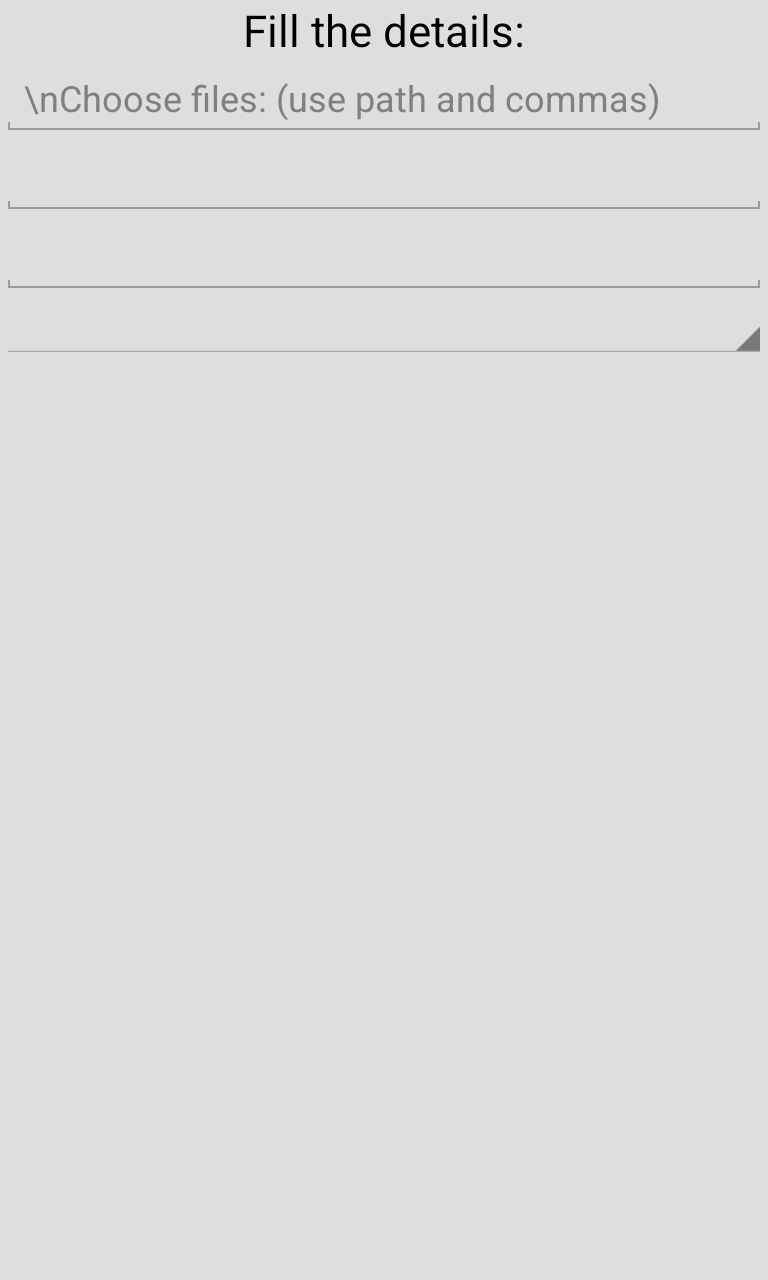
Repository: ya-ivanov/Android-Projects
Layout: Android Projects (OLD)/Zip It!/ZipIt/res/layout/activity_main.xml
An editor plug-in stored every save of this project. The layout is shown before and after the next save, followed by the edit.
It is drawn on a 768 x 1280 px phone screen (xhdpi) without system bars, with theme AppTheme; the app's code is not run.

Above is the layout before, as saved 2013-12-11 20:16:29.

### Android Projects (OLD)/Zip It!/ZipIt/res/layout/activity_main.xml
<LinearLayout xmlns:android="http://schemas.android.com/apk/res/android"
    android:layout_width="fill_parent"
    android:layout_height="fill_parent"
    android:background="#dedede"
    android:orientation="vertical" >

    <TextView
        android:id="@+id/textView1"
        android:layout_width="match_parent"
        android:layout_height="wrap_content"
        android:text="Fill the details:"
        android:gravity="center_horizontal"
        android:textAppearance="?android:attr/textAppearanceLarge" />

    <EditText
        android:id="@+id/files"
        android:layout_width="match_parent"
        android:layout_height="wrap_content"
        android:hint="\nChoose files: (use path and commas)"
        android:ems="10" >
    </EditText>

    <EditText
        android:id="@+id/endDir"
        android:layout_width="match_parent"
        android:layout_height="wrap_content"
        android:ems="10" >
    </EditText>

    <EditText
        android:id="@+id/archiveName"
        android:layout_width="match_parent"
        android:layout_height="wrap_content"
        android:ems="10" >
    </EditText>

    <Spinner
	    android:id="@+id/spinner"
	    android:layout_width="fill_parent"
	    android:layout_height="wrap_content" />

</LinearLayout>

Loaded but not shown: Android Projects (OLD)/Zip It!/ZipIt/res/values/styles.xml (common file); Android Projects (OLD)/Zip It!/ZipIt/res/values-v11/styles.xml (common file); Android Projects (OLD)/Zip It!/ZipIt/res/values-v14/styles.xml (common file)

After the next save:
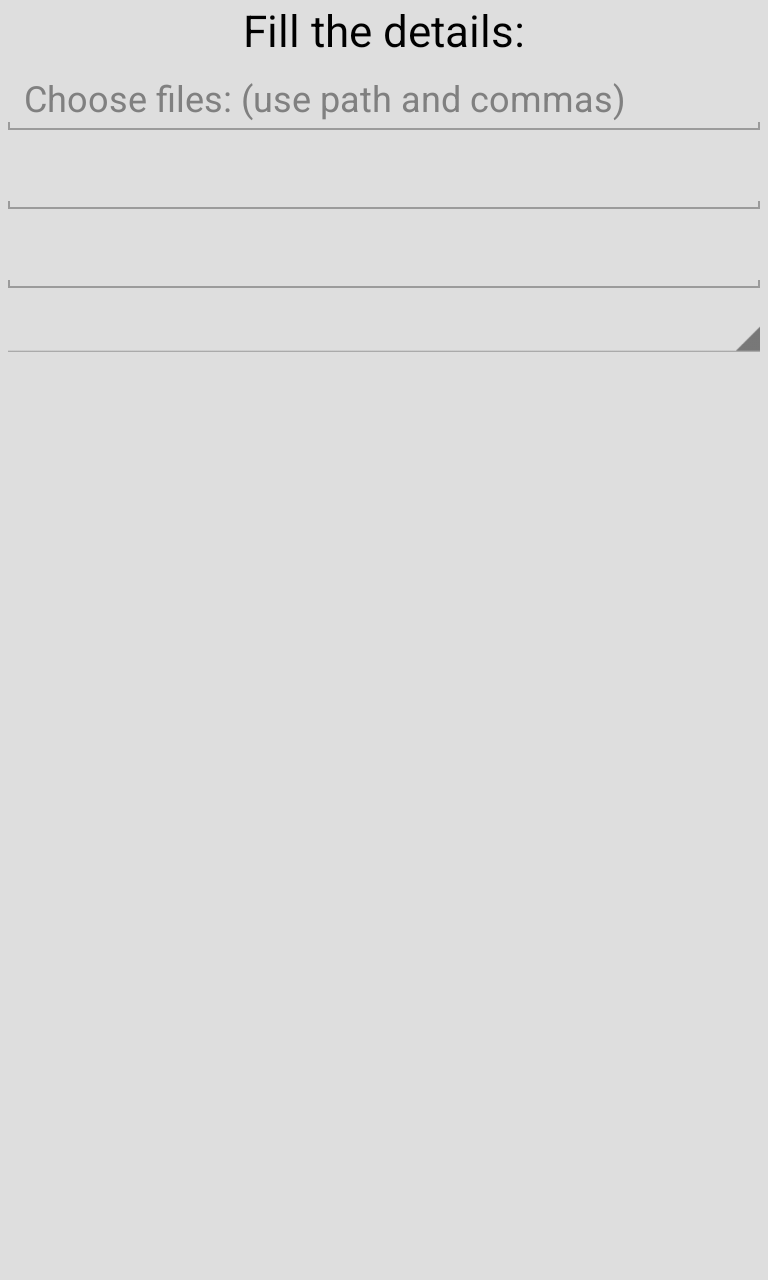
Saved 26 s later.
--- a/Android Projects (OLD)/Zip It!/ZipIt/res/layout/activity_main.xml
+++ b/Android Projects (OLD)/Zip It!/ZipIt/res/layout/activity_main.xml
@@ -16,7 +16,7 @@
         android:id="@+id/files"
         android:layout_width="match_parent"
         android:layout_height="wrap_content"
-        android:hint="\nChoose files: (use path and commas)"
+        android:hint="Choose files: (use path and commas)"
         android:ems="10" >
     </EditText>
 
